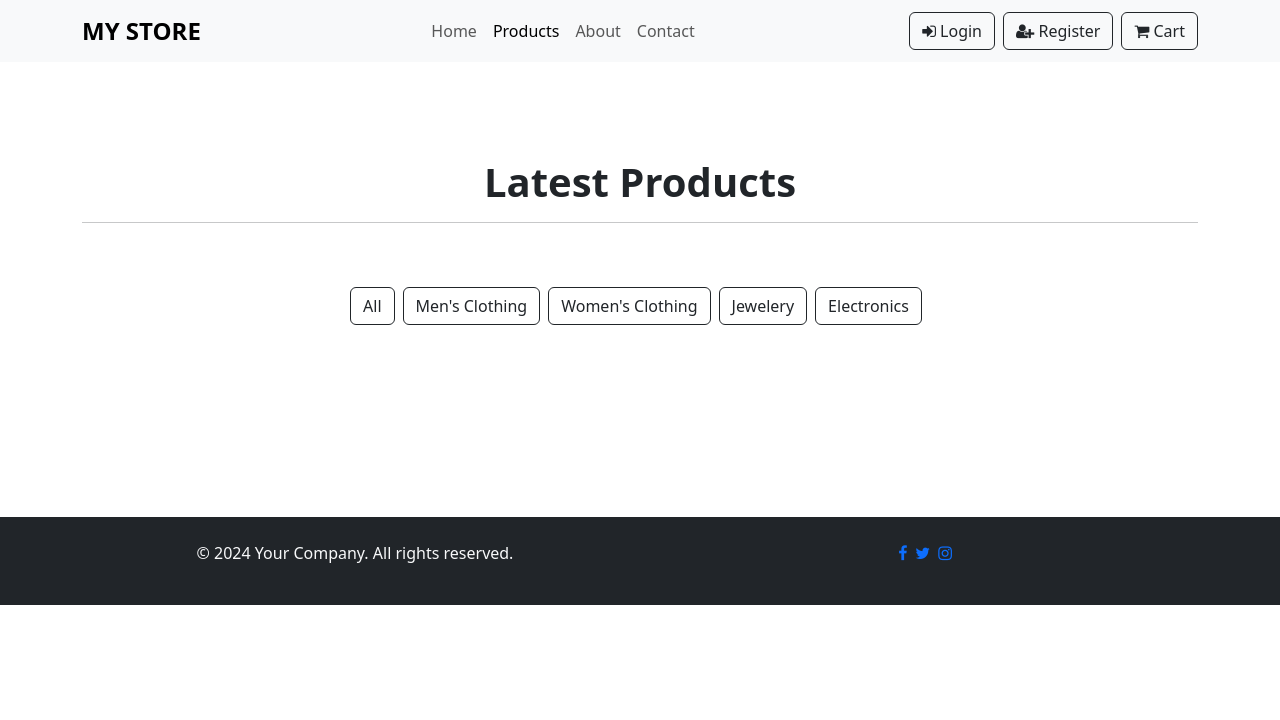
Repository: asad3407886839/E-commerce-Store
Page: /products (app in vite-project/)
These files come from the project's save history. The page is drawn as it stood at one moment and after the next save; the edit follows.
The browser window is 1280 px wide. The pictures show the whole page.
The page's requests for data from a server got no answer. The project was rebuilt for these pictures with package versions that can differ from the ones it lists, and the page was loaded fresh each time. No one was signed in, and anything a server would have sent is missing. Also part of the build but not shown: vite-project/vite.config.js, vite-project/src/components/Home.jsx, vite-project/src/components/Product.jsx, vite-project/src/components/Contact.jsx, vite-project/src/AboutUs.jsx, vite-project/src/LoginForm.jsx, vite-project/src/register.jsx, vite-project/src/index.css.

Above is the page before, as saved 2024-06-30 01:47:54.

### vite-project/src/main.jsx
import React from 'react';
import ReactDOM from 'react-dom/client';
import App from './App.jsx';
import './index.css';
import 'bootstrap/dist/css/bootstrap.min.css';
import 'bootstrap/dist/js/bootstrap.bundle';
import 'font-awesome/css/font-awesome.min.css';


ReactDOM.createRoot(document.getElementById('root')).render(

    <App />

);

### vite-project/src/App.jsx
// App.js
import React from 'react';
import Navbar from './components/Navbar';
import Home from './components/Home';
import Products from './components/Products';
import Product from './components/Product';
import { BrowserRouter, Routes, Route } from 'react-router-dom';
import Contact from './components/Contact';
import AboutUs from './AboutUs';
import LoginForm from './LoginForm';
import register from './register';
import Footer from './components/Footer';


const App = () => {
  return (
    <div>
      <BrowserRouter>
        <Navbar />
        <Routes>
          <Route path="/" element={<Home />} />
          <Route path="/products" element={<Products />} />
          <Route path="/products/:id" element={<Product />} />
          <Route path="/about" element={<AboutUs />} />
          <Route path="/contact" element={<Contact />} />
          <Route path="/login" element={<LoginForm/>} />
          <Route path="/register" element={<register/>} />



        </Routes>
        <Footer/>
      </BrowserRouter>
    </div>
  );
};

export default App;

### vite-project/src/components/Navbar.jsx
import React from 'react';
import { NavLink } from 'react-router-dom';

const Navbar = () => {
  return (
    <div>
      <nav className="navbar navbar-expand-lg navbar-light bg-light">
        <div className="container">
          <NavLink className="navbar-brand fw-bold fs-4" to="/">MY STORE</NavLink>
          <button
            className="navbar-toggler"
            type="button"
            data-bs-toggle="collapse"
            data-bs-target="#navbarSupportedContent"
            aria-controls="navbarSupportedContent"
            aria-expanded="false"
            aria-label="Toggle navigation"
          >
            <span className="navbar-toggler-icon"></span>
          </button>
          <div className="collapse navbar-collapse" id="navbarSupportedContent">
            <ul className="navbar-nav mx-auto mb-2 mb-lg-0">
              <li className="nav-item">
                <NavLink className="nav-link" exact to="/">Home</NavLink>
              </li>
              <li className="nav-item">
                <NavLink className="nav-link" to="/products">Products</NavLink>
              </li>
              <li className="nav-item">
                <NavLink className="nav-link" to="/about">About</NavLink>
              </li>
              <li className="nav-item">
                <NavLink className="nav-link" to="/contact">Contact</NavLink>
              </li>
            </ul>
            <div className="buttons">
              <NavLink to="/login" className="btn btn-outline-dark">
                <i className="fa fa-sign-in"></i> Login
              </NavLink>
              <NavLink to="/register" className="btn btn-outline-dark ms-2">
                <i className="fa fa-user-plus"></i> Register
              </NavLink>
              <NavLink to="/cart" className="btn btn-outline-dark ms-2">
                <i className="fa fa-shopping-cart"></i> Cart
              </NavLink>
            </div>
          </div>
        </div>
      </nav>
    </div>
  );
};

export default Navbar;

### vite-project/src/components/Products.jsx
import React, { useState, useEffect } from 'react';
import { Link } from 'react-router-dom';


const Products = () => {
  const [data, setData] = useState([]);
  const [filter, setFilter] = useState([]);
  const [loading, setLoading] = useState(false);
  let componentMounted = true;

  useEffect(() => {
    const fetchProducts = async () => {
      setLoading(true);
      try {
        const response = await fetch('https://fakestoreapi.com/products');
        const result = await response.json();
        if (componentMounted) {
          setData(result);
          setFilter(result);
          setLoading(false);
        }
      } catch (error) {
        console.error("Error fetching data:", error);
        setLoading(false);
      }
    };

    fetchProducts();

    return () => {
      componentMounted = false;
    };
  }, []);

  if (loading) {
    return <div>Loading...</div>;
  }

  const showProducts = () => {
    return (
      <>
        <div className="buttons d-flex justify-content-center mb-5 pb-5">
          <button className="btn btn-outline-dark me-2" onClick={() => setFilter(data)}>All</button>
          <button className="btn btn-outline-dark me-2" onClick={() => setFilter(data.filter(product => product.category === 'men\'s clothing'))}>Men's Clothing</button>
          <button className="btn btn-outline-dark me-2" onClick={() => setFilter(data.filter(product => product.category === 'women\'s clothing'))}>Women's Clothing</button>
          <button className="btn btn-outline-dark me-2" onClick={() => setFilter(data.filter(product => product.category === 'jewelery'))}>Jewelery</button>
          <button className="btn btn-outline-dark me-2" onClick={() => setFilter(data.filter(product => product.category === 'electronics'))}>Electronics</button>
        </div>
        <div className="row">
          {filter.map((product) => (
            <div className="col-md-3 mb-4" key={product.id}>
              <div className="card h-100 text-center p-3 fw-bolder">
                <img
                  src={product.image}
                  className="card-img-top"
                  alt={product.title}
                  height="250px"
                />
                <div className="card-body">
                  <h5 className="card-title">{product.title}</h5>
                  <p className="card-text">${product.price}</p>
                  <Link to={`/products/${product.id}`} className="btn btn-outline-dark ms-2">
                    Buy Now
                  </Link>
                </div>
              </div>
            </div>
          ))}
        </div>
      </>
    );
  };

  return (
    <div className="container my-5 py-5">
      <div className="row">
        <div className="col-12 mb-5">
          <h1 className="display-6 fw-bolder text-center">Latest Products</h1>
          <hr />
        </div>
      </div>
      <div className="row justify-content-center">
        {showProducts()}
      </div>
    </div>
  );
};

export default Products;

### vite-project/src/components/Footer.jsx
import React from 'react';

const Footer = () => {
  return (
    <footer className="bg-dark text-light text-center py-4">
      <div className="container">
        <div className="row">
          <div className="col-md-6">
            <p>&copy; 2024 Your Company. All rights reserved.</p>
          </div>
          <div className="col-md-6">
            <ul className="list-inline social-icons">
              <li className="list-inline-item">
                <a href="https://facebook.com">
                  <i className="fa fa-facebook"></i>
                </a>
              </li>
              <li className="list-inline-item">
                <a href="https://twitter.com">
                  <i className="fa fa-twitter"></i>
                </a>
              </li>
              <li className="list-inline-item">
                <a href="https://instagram.com">
                  <i className="fa fa-instagram"></i>
                </a>
              </li>
            </ul>
          </div>
        </div>
      </div>
    </footer>
  );
};

export default Footer;

Loaded but not shown: vite-project/index.html (common file)

After the next save:
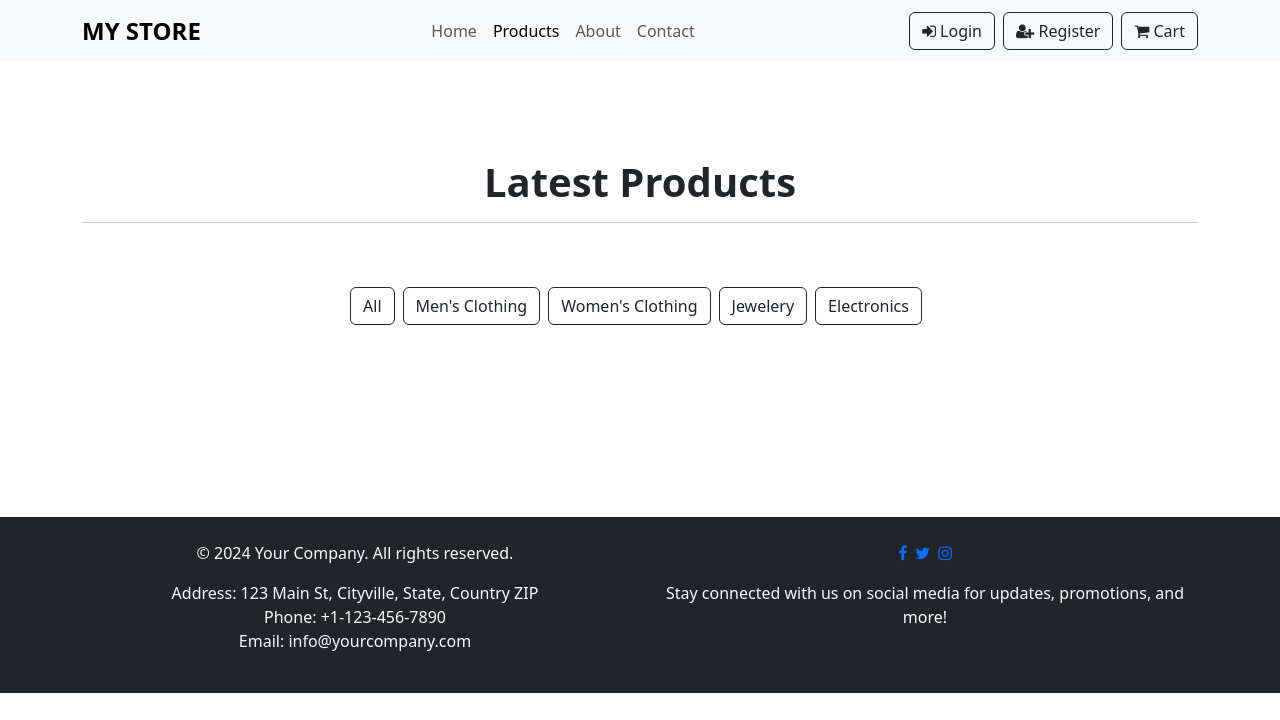
Saved 40 s later.
--- a/vite-project/src/components/Footer.jsx
+++ b/vite-project/src/components/Footer.jsx
@@ -7,6 +7,11 @@ const Footer = () => {
         <div className="row">
           <div className="col-md-6">
             <p>&copy; 2024 Your Company. All rights reserved.</p>
+            <p>
+              Address: 123 Main St, Cityville, State, Country ZIP<br />
+              Phone: +1-123-456-7890<br />
+              Email: info@yourcompany.com
+            </p>
           </div>
           <div className="col-md-6">
             <ul className="list-inline social-icons">
@@ -26,6 +31,9 @@ const Footer = () => {
                 </a>
               </li>
             </ul>
+            <p className="mt-3">
+              Stay connected with us on social media for updates, promotions, and more!
+            </p>
           </div>
         </div>
       </div>
